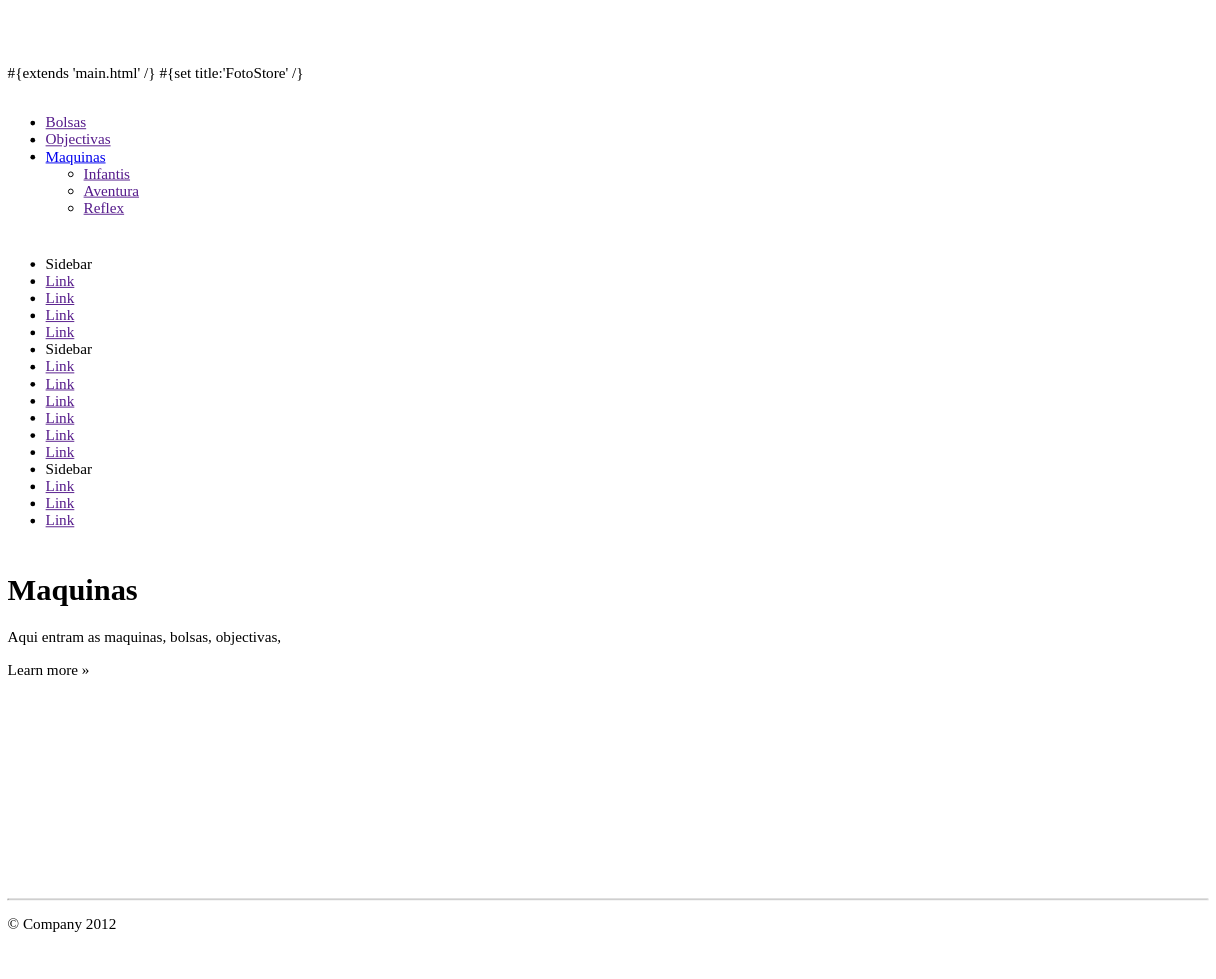
Repository: joaoA/webStore
Page: fotoStore/app/views/Application/example.html
The author's editor kept a copy of each file at every save. The page is drawn from the files as they stood at one save, then again after the next save.
The browser window is 1280 px wide. The pictures show the whole page, at 95% of full size.

Above is the page before, as saved 2012-12-17 15:33:20.

### fotoStore/app/views/Application/example.html
#{extends 'main.html' /}
#{set title:'FotoStore' /}


    <style type="text/css">
      body {
        padding-top: 60px;
        padding-bottom: 40px;
      }
      .sidebar-nav {
        padding: 9px 0;
      }
    </style>

    <div class="navbar navbar-inverse navbar-fixed-top">
      <div class="navbar-inner">
        <div class="container-fluid">
          <a class="btn btn-navbar" data-toggle="collapse" data-target=".nav-collapse">
            <span class="icon-bar"></span>
            <span class="icon-bar"></span>
            <span class="icon-bar"></span>
          </a>
          <div class="nav-collapse collapse">
            <ul class="nav">
              <!--<li class="active"><a href="#">Home</a></li>-->
              <li style="color:#FFFFFF;">#{a @Application.index()}HOME#{/a}</li>
              <li><a href="">Bolsas</a></li>
              <li><a href="">Objectivas</a></li>
               <li class="dropdown">
                <a href="#" class="dropdown-toggle" data-toggle="dropdown">Maquinas<b class="caret"></b></a>
                <ul class="dropdown-menu">
                  <li><a href="">Infantis</a></li>
                  <li><a href="">Aventura</a></li>
                  <li><a href="">Reflex</a></li>

                </ul>
              </li>

            </ul>
          </div><!--/.nav-collapse -->
        </div>
      </div>
    </div>

    <div class="container-fluid">
      <div class="row-fluid">
        <div class="span3">
          <div class="well sidebar-nav">
            <ul class="nav nav-list">
              <li class="nav-header">Sidebar</li>
              <li class="active"><a href="">Link</a></li>
              <li><a href="">Link</a></li>
              <li><a href="">Link</a></li>
              <li><a href="">Link</a></li>
              <li class="nav-header">Sidebar</li>
              <li><a href="">Link</a></li>
              <li><a href="">Link</a></li>
              <li><a href="">Link</a></li>
              <li><a href="">Link</a></li>
              <li><a href="">Link</a></li>
              <li><a href="">Link</a></li>
              <li class="nav-header">Sidebar</li>
              <li><a href="">Link</a></li>
              <li><a href="">Link</a></li>
              <li><a href="">Link</a></li>
            </ul>
          </div><!--/.well -->
        </div><!--/span-->
        <div class="span9">
          <div class="hero-unit" style = "height:335px">
            <h1>Maquinas</h1>
            <p>Aqui entram as maquinas, bolsas, objectivas, </p>
            <p><a class="btn btn-primary btn-large">Learn more »</a></p>
          </div>

        </div><!--/span-->
      </div><!--/row-->

      <hr>

      <footer>
        <p>© Company 2012</p>
      </footer>

    </div><!--/.fluid-container-->

After the next save:
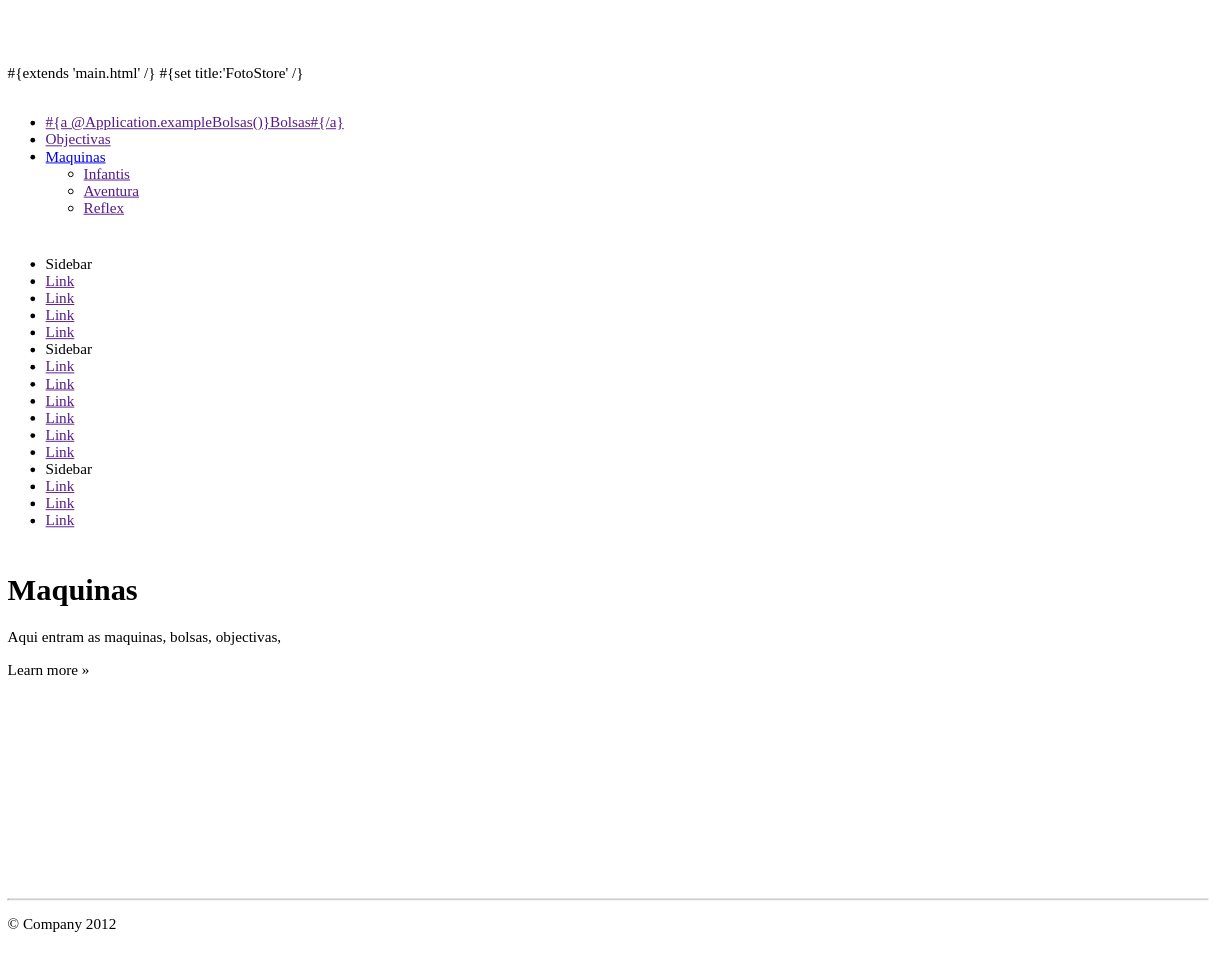
Saved 73 s later.
--- a/fotoStore/app/views/Application/example.html
+++ b/fotoStore/app/views/Application/example.html
@@ -24,7 +24,7 @@
             <ul class="nav">
               <!--<li class="active"><a href="#">Home</a></li>-->
               <li style="color:#FFFFFF;">#{a @Application.index()}HOME#{/a}</li>
-              <li><a href="">Bolsas</a></li>
+              <li><a href="">#{a @Application.exampleBolsas()}Bolsas#{/a}</a></li>
               <li><a href="">Objectivas</a></li>
                <li class="dropdown">
                 <a href="#" class="dropdown-toggle" data-toggle="dropdown">Maquinas<b class="caret"></b></a>
